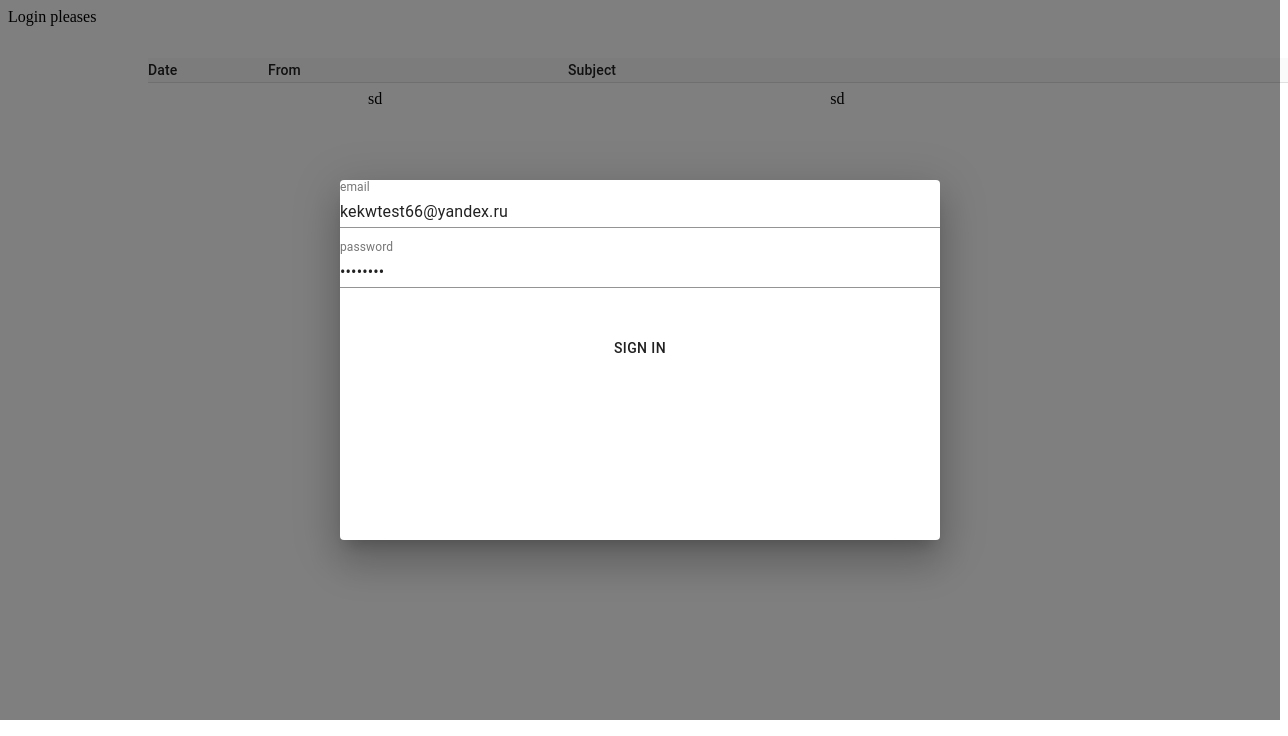
Repository: atakhanovrodion/mailclient
Page: / (app in client/)
These files come from the project's save history. The page is drawn as it stood at one moment and after the next save; the edit follows.
The browser window is 1280 px wide. The page is 1288 px wide, so the pictures cover 1288 px, including what lies to the right of the window. The pictures show the whole page.
The project was rebuilt for these pictures with package versions that can differ from the ones it lists, and the page was loaded fresh each time. Also part of the build but not shown: client/webpack.config.js.

Above is the page before, as saved 2021-03-22 18:21:45.

After the next save:
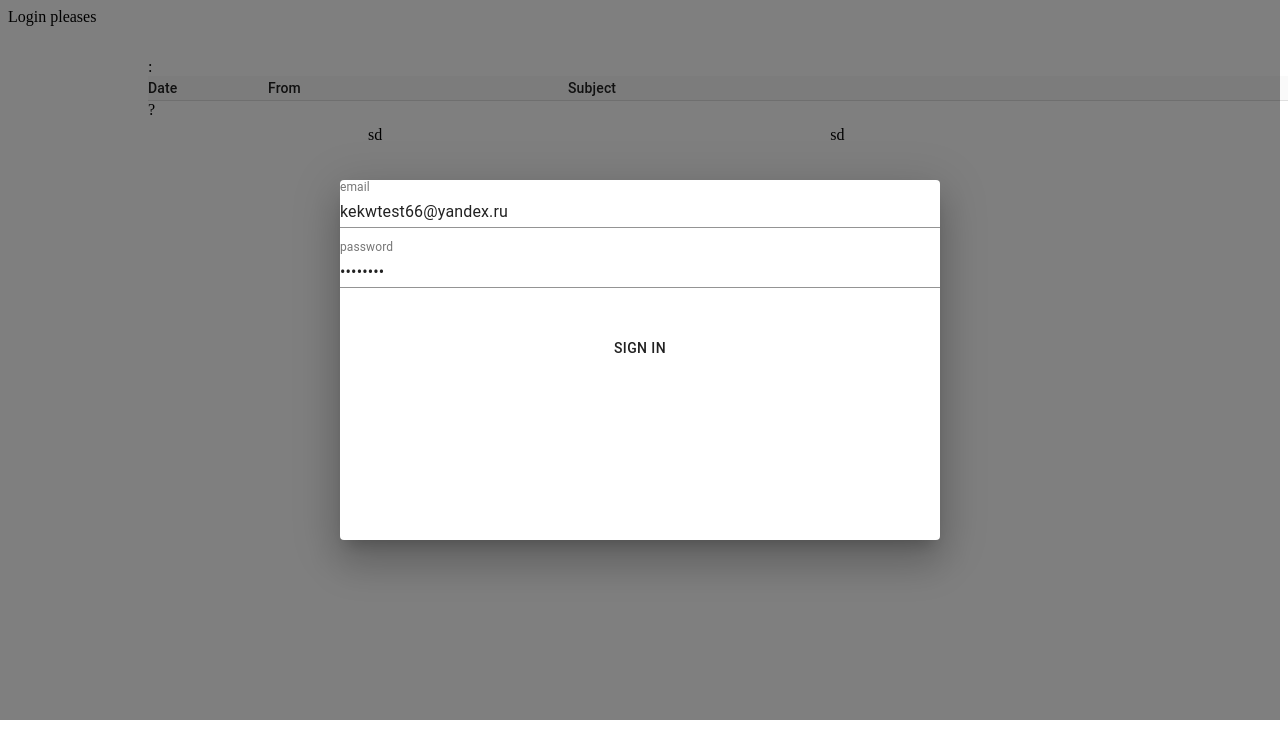
Saved 8 h 5 min later.
--- a/client/src/components/BaseLayout.tsx
+++ b/client/src/components/BaseLayout.tsx
@@ -20,6 +20,7 @@
   currentMailbox: string;
   errorText: string;
   waitState: boolean;
+  viewState: string;
 };
 
 class BaseLayout extends React.Component {
@@ -45,6 +46,7 @@
     listOfMessages: [],
     errorText: "",
     waitState: false,
+    viewState: "list",
   };
   render() {
     return (
@@ -74,15 +76,13 @@
             />
           </div>
           <div className="centerArea">
-            {" "}
+            {this.state.viewState == "list"}:{" "}
             <ListOfMessages
               messages={this.state.listOfMessages}
               onClick={this.getMessage}
             />
-            {this.state.currentMessageBody}{" "}
-            <div>
-              <MessageView />
-            </div>
+            ?
+            <MessageView />
           </div>
         </div>
       </div>

After the 3 saves that followed:
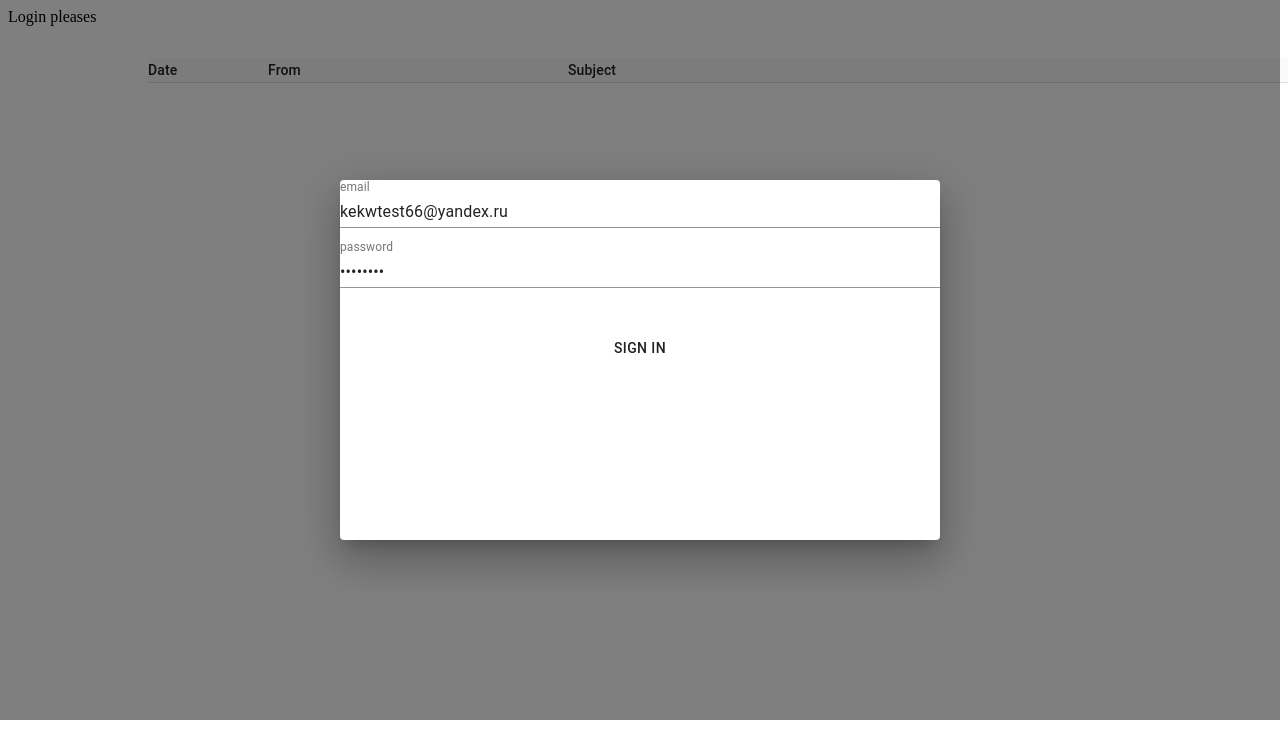
The 3 saves are shown as one change because 2 left the picture as it was.
The last was saved 2 min 50 s later.
--- a/client/src/components/BaseLayout.tsx
+++ b/client/src/components/BaseLayout.tsx
@@ -76,13 +76,14 @@
             />
           </div>
           <div className="centerArea">
-            {this.state.viewState == "list"}:{" "}
-            <ListOfMessages
-              messages={this.state.listOfMessages}
-              onClick={this.getMessage}
-            />
-            ?
-            <MessageView />
+            {this.state.viewState === "list" ? (
+              <ListOfMessages
+                messages={this.state.listOfMessages}
+                onClick={this.getMessage}
+              />
+            ) : (
+              <MessageView />
+            )}
           </div>
         </div>
       </div>
